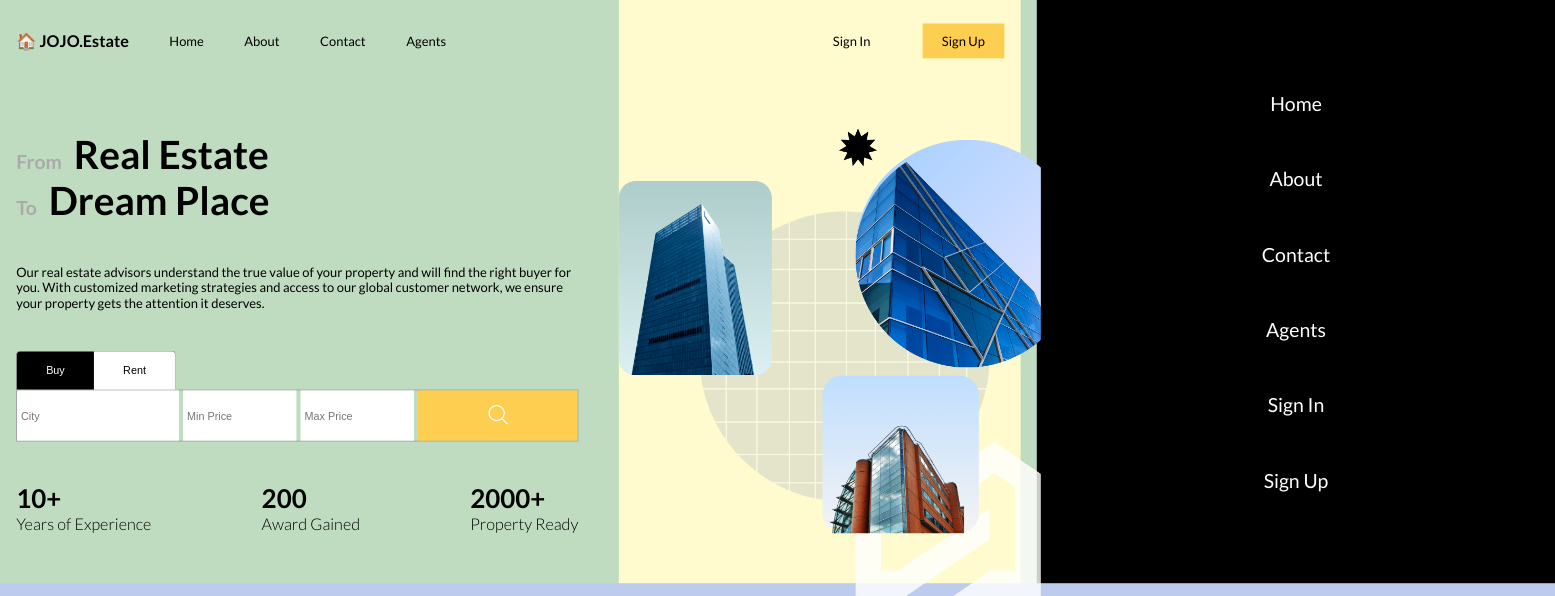
Repository: AiTrinh303/JOJO-estate
Page: /
An editor plug-in stored every save of this project. The page is shown before and after the next save, followed by the edit.
The browser window is 1280 px wide. The page is 1920 px wide, so the pictures cover 1920 px, including what lies to the right of the window. The pictures show the whole page, at 81% of full size.
The page's requests for data from a server got no answer. The project was rebuilt for these pictures with package versions that can differ from the ones it lists, and the page was loaded fresh each time. No one was signed in, and anything a server would have sent is missing. Also part of the build but not shown: vite.config.js, src/routes/listPage/listPage.scss, src/components/filter/filter.scss, src/components/filter/Filter.jsx, src/components/card/card.scss, src/components/card/Card.jsx, src/components/map/map.scss, src/components/pin/pin.scss and 21 more. Imported but missing from the stored project, and not drawn on this page: src/components/uploadWidget/UploadWidget.

Above is the page before, as saved 2024-08-06 21:46:27.

After the next save:
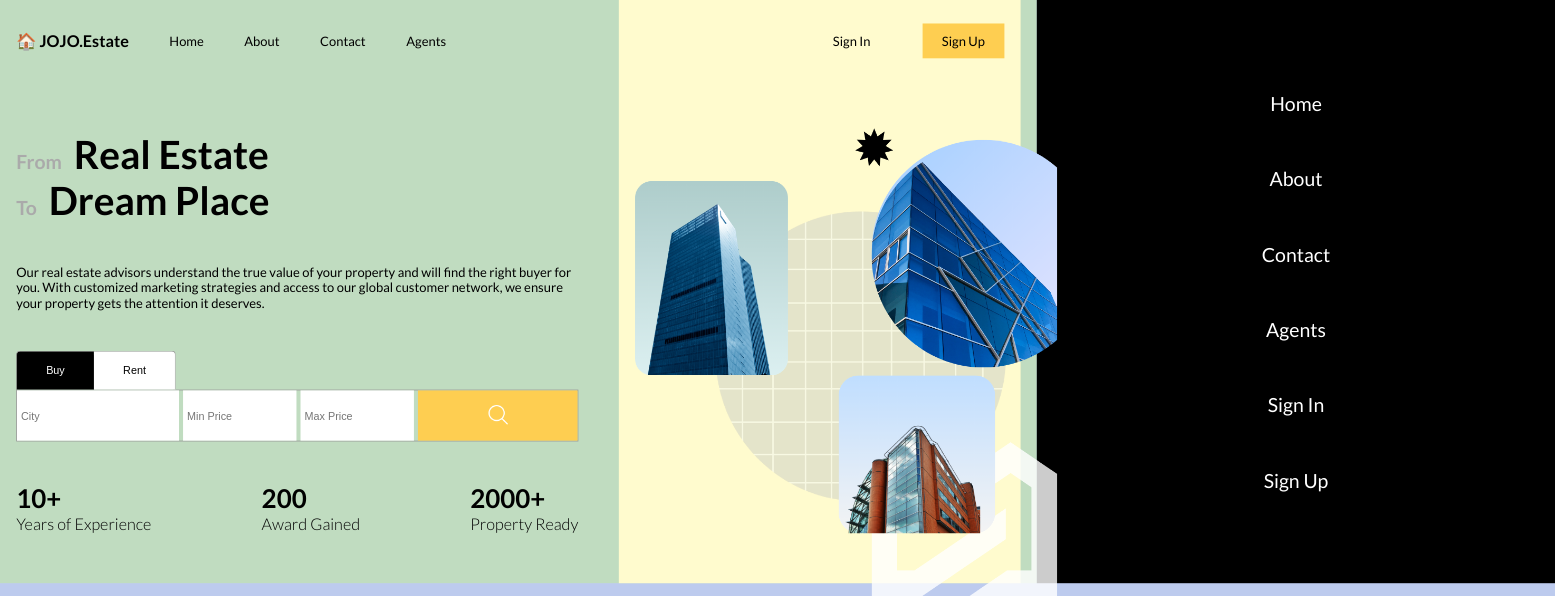
Saved 12 s later.
--- a/src/routes/homePage/homePage.scss
+++ b/src/routes/homePage/homePage.scss
@@ -84,6 +84,8 @@
     img {
       width: 115%;
       position: absolute;
+      right: -45px;
+
 
       @include lg {
         width: 105%;
